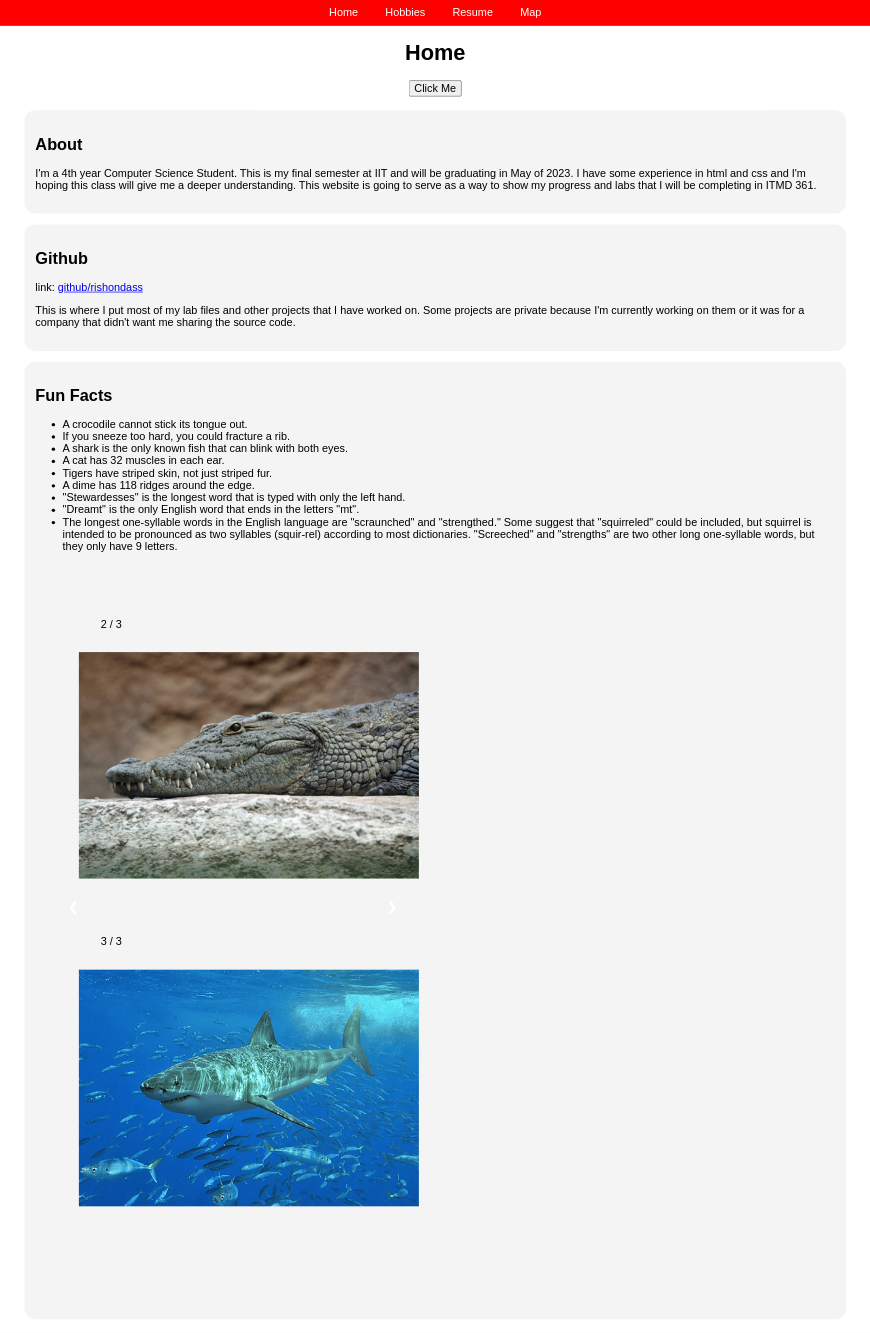
Repository: rishondass/ITMD361-Project3
Page: index.html
The author's editor kept a copy of each file at every save. The page is drawn from the files as they stood at one save, then again after a run of saves.
The browser window is 1280 px wide. The pictures show the whole page, at 68% of full size.
The pointer rests on the first visible `.prev`.

Above is the page before, as saved 2023-04-28 18:22:26.

### index.html
<!DOCTYPE html>
<html lang="en">
<head>
  <meta charset="UTF-8">
  <meta name="viewport" content="width=device-width, initial-scale=1.0">
  <script src="./js/index.js"></script>
  <link rel="stylesheet" href="css/normalize.css">
  <link rel="stylesheet" href="css/style.css">
  <title>Home</title>
</head>
<body>
  <nav id="main-nav">
    <ul>
      <li>
        <a href="index.html">Home</a>
      </li>
      <li>
        <a href="hobbies.html">Hobbies</a>
      </li>
      <li>
        <a href="resume.html">Resume</a>
      </li>
      <li>
        <a href="map.html">Map</a>
      </li>
    </ul>
  </nav>
  <div id="hero-section">
    <h1 id="title">
      Home
    </h1>
    <div id="secretdiv">
      <button id="secretbutton">Click Me</button>
    </div>

  </div>
  <div id="main-container">
    <div id="about-section">
      <h2>
        About
      </h2>
      <p>
        I'm a 4th year Computer Science Student. This is my final semester at IIT and will be graduating in May of 2023. I have some experience in html and css and I'm hoping this class will give me a deeper understanding. This website is going to serve as a way to show my progress and labs that I will be completing in ITMD 361.
      </p>
    </div>
    <div id="github-section">
      <h2>
        Github
      </h2>
      <p>
        link: <a target="_blank" href="https://www.github.com/rishondass">github/rishondass</a>
      </p>
      <p>
        This is where I put most of my lab files and other projects that I have worked on. Some projects are private because I'm currently working on them or it was for a company that didn't want me sharing the source code.
      </p>
    </div>
    <div id="funfactions-section">
      <h2>
        Fun Facts
      </h2>
      <ul>
        <li>
          A crocodile cannot stick its tongue out.
        </li>
        <li>
          If you sneeze too hard, you could fracture a rib.
        </li>
        <li>
          A shark is the only known fish that can blink with both eyes.
        </li>
        <li>
          A cat has 32 muscles in each ear.
        </li>
        <li>
          Tigers have striped skin, not just striped fur.
        </li>
        <li>
          A dime has 118 ridges around the edge.
        </li>
        <li>
          "Stewardesses" is the longest word that is typed with only the left hand.
        </li>
        <li>
          "Dreamt" is the only English word that ends in the letters "mt".
        </li>
        <li>
          The longest one-syllable words in the English language are "scraunched" and "strengthed." Some suggest that "squirreled" could be included, but squirrel is intended to be pronounced as two syllables (squir-rel) according to most dictionaries. "Screeched" and "strengths" are two other long one-syllable words, but they only have 9 letters.
        </li>
      </ul>
      <div class="slideshow-container">
        <div class="mySlides fade">
          <div class="numbertext">1 / 3</div>
          <img src="images/code.jpg" alt="image_of_code">
        </div>

        <div class="slideshow-container">
          <div class="numbertext">2 / 3</div>
          <img src="images/nile_crocodile_head.jpg" alt="image_of_crocodile">
        </div>

        <div class="slideshow-container">
          <div class="numbertext">3 / 3</div>
          <img src="images/white_shark.jpg" alt="image_of_shark">
        </div>
        <a class="prev" onclick="plusSlides(-1)">&#10094;</a>
        <a class="next" onclick="plusSlides(1)">&#10095;</a>
      </div>
      <br>
      <div style="text-align:center">
        <span class="dot" onclick="currentSlide(1)"></span>
        <span class="dot" onclick="currentSlide(2)"></span>
        <span class="dot" onclick="currentSlide(3)"></span>
      </div>



    </div>
  </div>
</body>
</html>

### js/index.js
window.onload = function(){
    let secretButton = document.getElementById("secretbutton");

    secretButton.addEventListener("click",()=>{
        window.open("https://www.youtube.com/watch?v=BBJa32lCaaY");
    });
}

### css/style.css
#main-nav{
    background-color: red;
    overflow: hidden;
}

#main-nav ul{
    list-style-type: none;
    padding: 0;
    margin: 0;
    display: flex;
    justify-content: center;
}

#main-nav a{
   display: block;
   padding: 10px 20px;
   text-decoration: none;
   color: white;
}


#main-nav a:hover{
    background-color: rgb(255, 255, 255);
    color:black;
}

#main-container{
    margin: 20px;
}

/*
To be added
#hero-section{
    width: 100%;
    height: 100vh;
    background-color:rgb(15, 92, 207);
} */

#title{
    text-align: center;
}

#about-section{

}

#main-container div{
    margin: 1rem;
    border-radius: 1rem;
    padding: 1rem;
    background-color:rgb(245, 244, 244);
}

.container-objects{
    margin: 1rem;
    border-radius: 1rem;
    padding: 1rem;
    background-color:rgb(245, 244, 244);
}

.hobbies-images{
    width: 300px;
}

.hobbies-videos{
    width: 500px;
}



.hobby-container-item{
    float: left;
    background-color:rgb(245, 244, 244);
}


#map {
  display: flex;
  justify-items: center;
  height: 800px;
  width: 80%;
  margin: 10px auto;
}

@media screen and (max-width:390px) {
  .container-objects{
    background-color: red;
    color: white;
    text-align: center;
    padding: 12px;
    height: 500px;
  }
}

@media screen and (max-width:820px) and (min-width:390px) {
  .container-objects{
    background-color: rgb(212, 0, 255);
    color: white;
    text-align: right;
    height: 300px;
    padding: 10px;
  }
}

#secretdiv{
    display: flex;
    justify-content: center;
}

.slideshow-container{
    max-width: 500px;
    position: relative;
    margin: auto;
}

.mySlides{
    display: none;
}

.prev, .next{
  cursor: pointer;
  position: absolute;
  top: 50%;
  width: auto;
  margin-top: -22px;
  padding: 16px;
  color: white;
  font-weight: bold;
  font-size: 18px;
  transition: 0.6s ease;
  border-radius: 0 3px 3px 0;
  user-select: none;
}

.next {
    right: 0;
    border-radius: 3px 0 0 3px;
  }

Loaded but not shown: css/normalize.css (library)

After the next 3 saves:
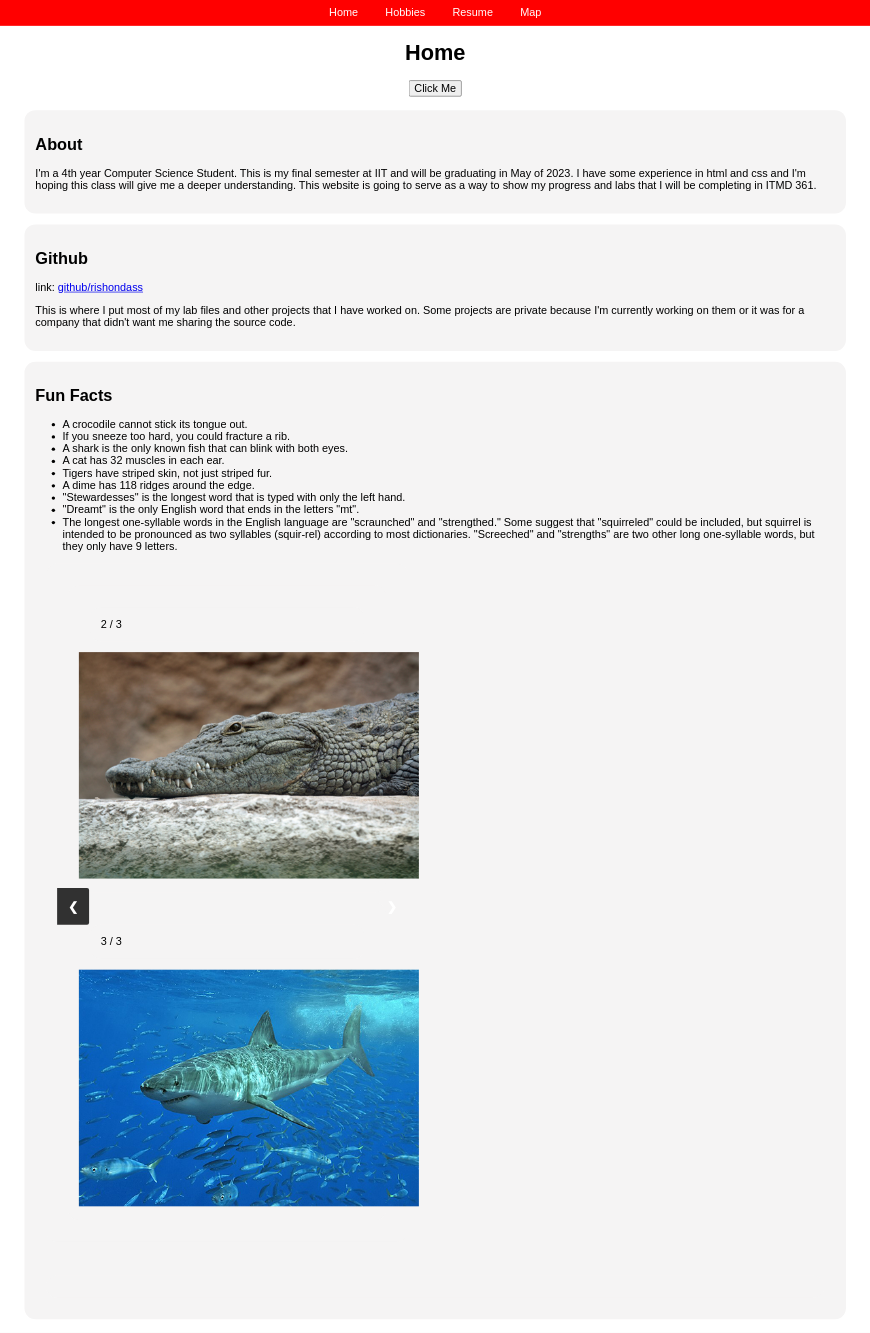
The 3 saves are shown as one change because they came seconds apart.
The last was saved 11 s later.
--- a/css/style.css
+++ b/css/style.css
@@ -135,4 +135,8 @@ To be added
 .next {
     right: 0;
     border-radius: 3px 0 0 3px;
-  }
+}
+
+.prev:hover, .next:hover {
+    background-color: rgba(0,0,0,0.8);
+}
